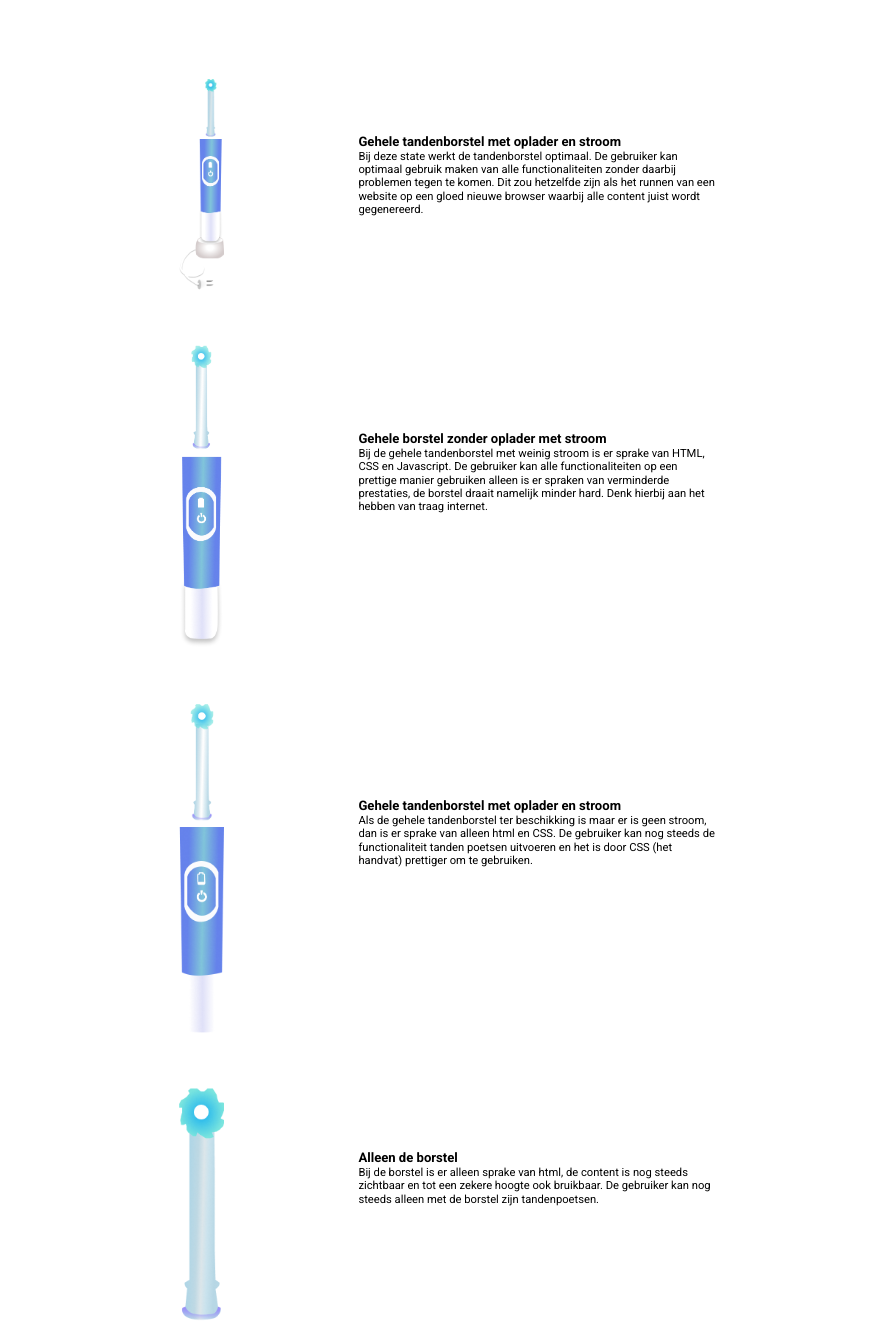
Repository: norakramer1/browser-technologies-2122
Page: progressive-enhanced-toothbrush-main/index.html
These files come from the project's save history. The page is drawn as it stood at one moment and after the next save; the edit follows.
The browser window is 1280 px wide. The pictures show the part of the page from y = 1310 to 3230 px (the page is 3356 px tall), at 70% of full size.

Above is the page before, as saved 2022-03-23 14:28:06.

### progressive-enhanced-toothbrush-main/index.html
<!DOCTYPE html>
<html lang="en">
<head>
    <meta charset="UTF-8">
    <meta http-equiv="X-UA-Compatible" content="IE=edge">
    <meta name="viewport" content="width=device-width, initial-scale=1.0">
    <title>Progressive Enhanced Toothbrush</title>
    <link rel="stylesheet" href="style.css">
    <link href="https://fonts.googleapis.com/css2?family=Roboto:ital,wght@0,100;0,300;0,400;0,500;0,700;0,900;1,100;1,300;1,400;1,500;1,700;1,900&display=swap" rel="stylesheet">
</head>
<body>
    <header>
        <h1>Progressive Enhanced Toothbrush</h1>
    </header>
    <main>
        <article>
            <h2>Wat is Progressive Enhancement?</h2>
            <p>Progressive enhancement is een methode die de focus legt
               op de content van de webpagina eerst. De content van de pagina (tekst, foto’s, etc)
               word gescheiden van semantiek van webdesign (HTML etc.) Het doel is om te zorgen dat het web voor iedereen bruikbaar blijft. In de kern moet iedereen de meest belangrijke
               content op een pagina kunnen zien, dus ook als je de content op een oude computer bekijkt of slecht internet hebt. Mensen met de nieuwste computers en het beste internet
               kunnen dus een website zien die er misschien mooier uitziet maar dezelfde content laat zien. Progressive enhancement gaat over nadenken wat de gebruiker minimaal nodig heeft
               om de content te bekijken en de verbeterde versie te laten zien als de browser dit toelaat.

               Met Feature detection word vaak gekeken of de browser de moderne functionaliteit kan hendelen, door de site te testen en te zien of de browser alle content oke laat zien.</p>
        </article>
        <article>
            <ul>
                <li><img src="img/opzetstukje.png" alt="Opzet stukje van tandenborstel"></li>
                <li><img src="img/handvat.png" alt="Handvat van tandenborstel"></li>
                <li><img src="img/lader.png" alt="Lader van tandenborstel"></li>
            </ul>
            <ul>
                <li>
                    <h3>HTML</h3>
                </li>
                <li>
                    <h3>CSS/Javascript</h3>
                </li>
                <li>
                    <h3>Network</h3>
                </li>
            </ul>
        </article>
        <article>
            <section>
                <img src="img/compleet.png" alt="Tandenborstel met lader">
                <h3>Gehele tandenborstel met oplader en stroom</h3>
                <p>Bij deze state werkt de tandenborstel optimaal. De gebruiker kan optimaal gebruik maken van alle functionaliteiten zonder daarbij problemen tegen te komen. Dit zou hetzelfde zijn als het runnen van een website op een gloed nieuwe browser waarbij alle content juist wordt gegenereerd.</p>
            </section>
            <section>
                <img src="img/tandenborstelvol.png" alt="Tandenborstel vol">
                <h3>Gehele borstel zonder oplader met stroom</h3>
                <p>Bij de gehele tandenborstel met weinig stroom is er sprake van HTML, CSS en Javascript. De gebruiker kan alle functionaliteiten op een prettige manier gebruiken alleen is er spraken van verminderde prestaties, de borstel draait namelijk minder hard. Denk hierbij aan het hebben van traag internet.</p>
            </section>
            <section>
                <img src="img/tandenborstelleeg.png" alt="Tandenborstel leeg">
                <h3>Gehele tandenborstel met oplader en stroom</h3>
                <p>Als de gehele tandenborstel ter beschikking is maar er is geen stroom, dan is er sprake van alleen html en CSS. De gebruiker kan nog steeds de functionaliteit tanden poetsen uitvoeren en het is door CSS (het handvat) prettiger om te gebruiken.</p>
            </section>
            <section>
                <img src="img/opzetstukje.png" alt="Opzet stukje van tandenborstel">
                <h3>Alleen de borstel</h3>
                <p>Bij de borstel is er alleen sprake van html, de content is nog steeds zichtbaar en tot een zekere hoogte ook bruikbaar. De gebruiker kan nog steeds alleen met de borstel zijn tandenpoetsen.</p>
            </section>
        </article>
    </main>

    <script src="script.js"></script>
</body>
</html>

### progressive-enhanced-toothbrush-main/style.css
* {
    padding: 0;
    margin: 0;
    font-family: "Roboto", sans-serif;
}

header {
    background-image: linear-gradient(to bottom, rgba(0,0,0, .5), rgba(0,0,0, .5)),
    url('img/header.webp');
    background-size: cover;
    background-position: center;
    background-repeat: no-repeat;
    width: 100vw;
}

h1 {
    color: white;
    font-size: 10vw;
    transform: scaleY(1.7);
    line-height: .8;
    padding: 5rem 0 4.5rem 0;
}

main {
    padding: 5rem 20vw;
}

h2 {
    color: #75A9E1;
    margin-bottom: 1rem;
}

article {
    margin-bottom: 5rem;
}

article:nth-child(2) {
    display: flex;
    align-items: stretch;
}

article:nth-child(2) ul:first-child {
    list-style-type: none;
    display: flex;
    justify-content: center;
    flex-direction: column;
    align-items: center;
    filter: drop-shadow(2px 2px 4px gray);
    margin: 0 15vw;
    transition: 1s;
}

article:nth-child(2) ul:first-child:hover {
    transform: scale(1.1);
}

article:nth-child(2) ul:last-child {
    display: flex;
    flex-direction: column;
    justify-content: space-around;
    list-style-type: none;
    transition: 1s;
}

article:nth-child(2) ul:first-child li:first-of-type {
    transition: 1s;
    width: 2rem;
    z-index: 2;
}
article:nth-child(2) ul:first-child li:nth-of-type(2) {
    transition: 1s;
    transform: translateY(-.7rem);
    width: 4.5rem;
    z-index: 1;
}
article:nth-child(2) ul:first-child li:last-of-type {
    transition: 1s;
    transform: translate(-1.2rem, -2.5rem);
    width: 6rem;
}

article:nth-child(2) ul:first-child:hover li:first-of-type {
    transform: translateY(-2rem);
}

article:nth-child(2) ul:first-child:hover li:last-of-type {
    transform: translate(-1.2rem, 0);
}

article:nth-child(2) h3 {
    color: #75A9E1;
}

article:nth-child(2) ul:first-child:hover ul {
    font-size: 36px;
}

article:nth-child(2) img {
    width: 100%;
}


article:last-child section {
    display: grid;
    grid-template-columns: .5fr 1fr;
    grid-template-rows: .5fr 1fr;
    grid-column-gap: 0px;
    grid-row-gap: 0px;
}

article:last-child section {
    margin-bottom: 5rem;
}

article:last-child img {
    grid-area: 1 / 1 / 3 / 2;
    width: 5vw;
}

article:last-child h3 {
    grid-area: 1 / 2 / 2 / 3;
    place-self: end left;
}

article:last-child p {
    grid-area: 2 / 2 / 3 / 3;
}

Loaded but not shown: progressive-enhanced-toothbrush-main/script.js (no stored copy; drawn as an empty file)

After the next save:
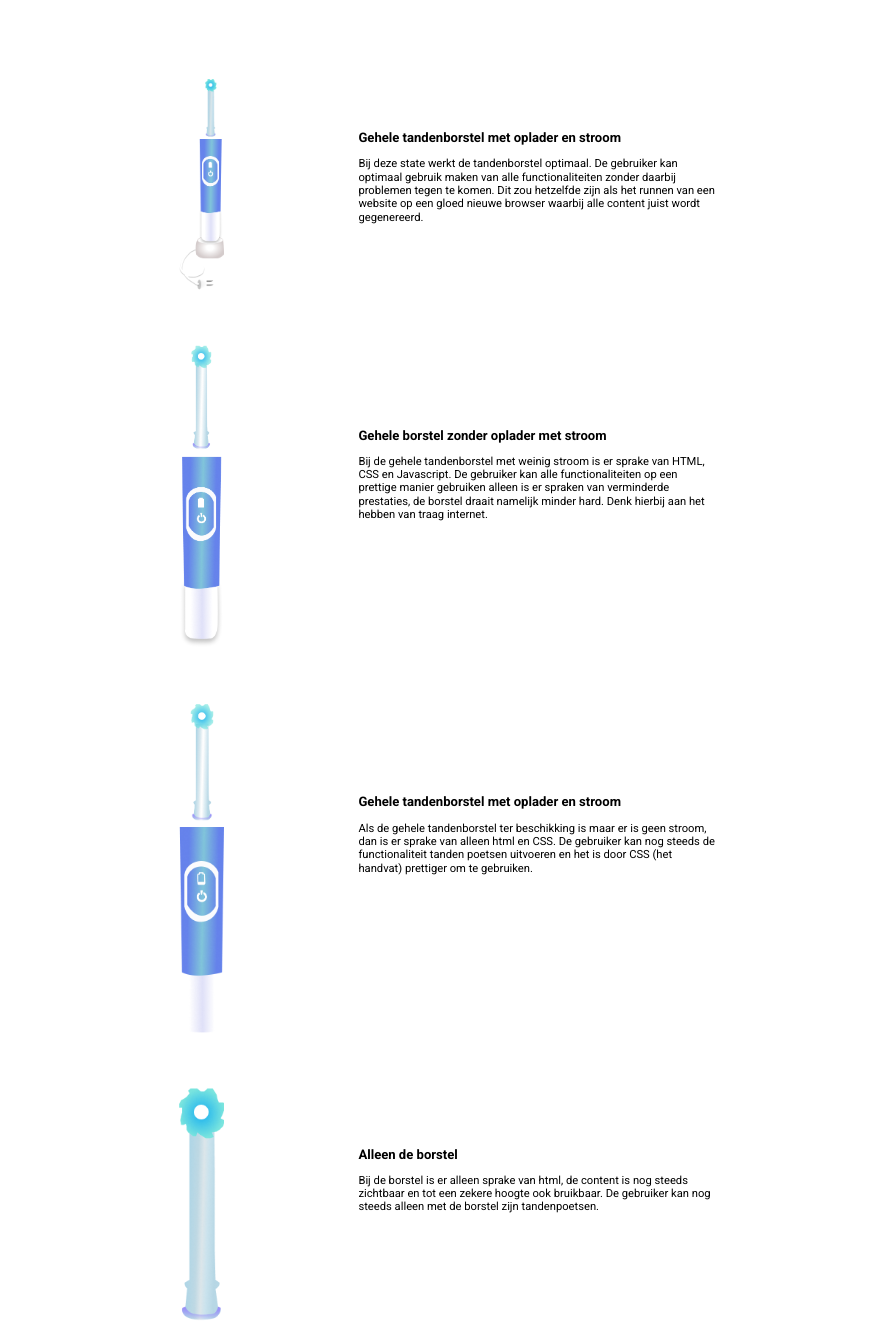
Saved 12 s later.
--- a/progressive-enhanced-toothbrush-main/style.css
+++ b/progressive-enhanced-toothbrush-main/style.css
@@ -104,8 +104,8 @@ article:last-child section {
     display: grid;
     grid-template-columns: .5fr 1fr;
     grid-template-rows: .5fr 1fr;
-    grid-column-gap: 0px;
-    grid-row-gap: 0px;
+    grid-column-gap: 0;
+    grid-row-gap: 1rem;
 }
 
 article:last-child section {
